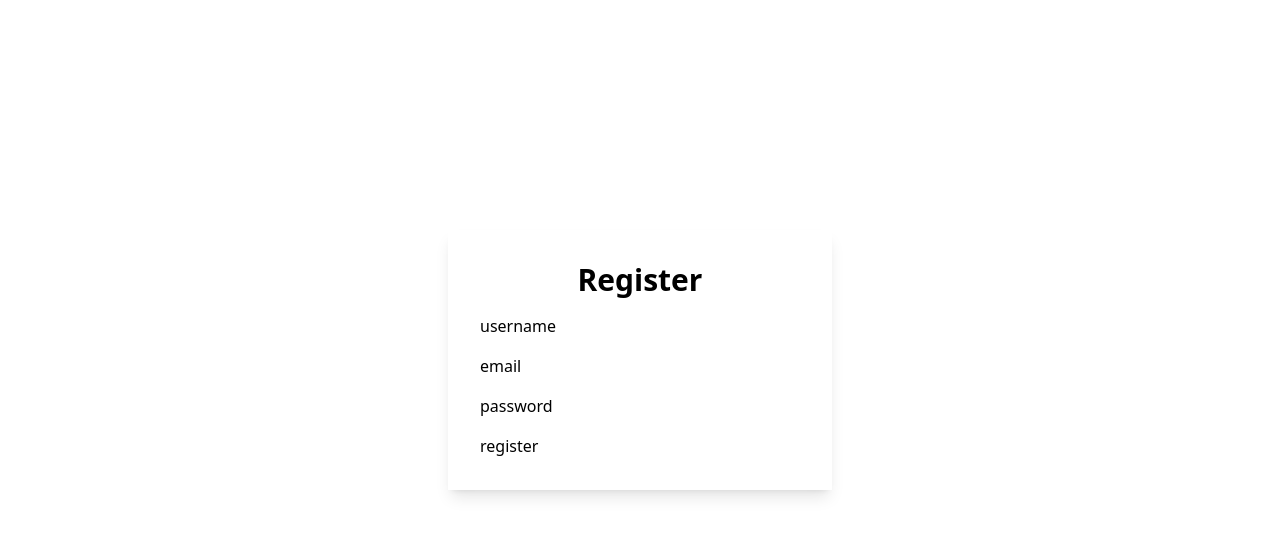
Repository: dydals3440/cool-store
Page: /register
An editor plug-in stored every save of this project. The page is shown before and after the next save, followed by the edit.
The browser window is 1280 px wide. The pictures show the whole page.
The project was rebuilt for these pictures with package versions that can differ from the ones it lists, and the page was loaded fresh each time. Also part of the build but not shown: vite.config.js, src/pages/About.jsx, src/pages/Cart.jsx, src/pages/Checkout.jsx, src/pages/Error.jsx, src/pages/HomeLayout.jsx, src/pages/Landing.jsx, src/pages/Login.jsx and 2 more. Imported but missing from the stored project, and not drawn on this page: src/pages/Orders.

Above is the page before, as saved 2023-09-17 21:52:37.

After the next save:
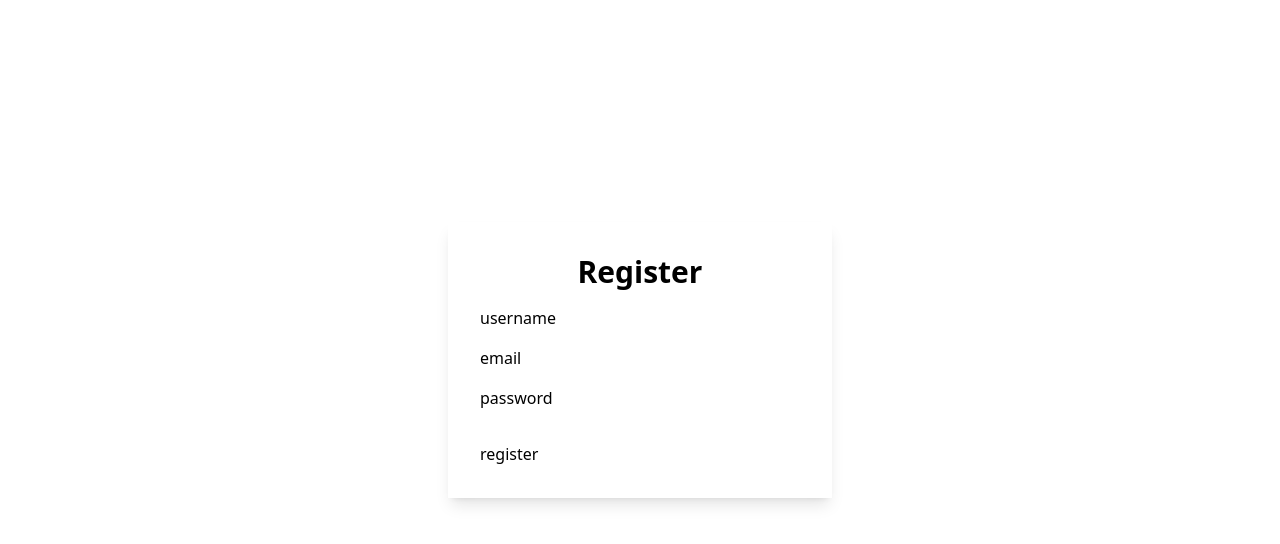
Saved 6 s later.
--- a/src/pages/Register.jsx
+++ b/src/pages/Register.jsx
@@ -12,7 +12,7 @@ const Register = () => {
         <FormInput type='text' label='username' name='username' />{' '}
         <FormInput type='email' label='email' name='email' />{' '}
         <FormInput type='password' label='password' name='password' />
-        <div>
+        <div className='mt-4'>
           <SubmitBtn text='register' />
         </div>
       </Form>
